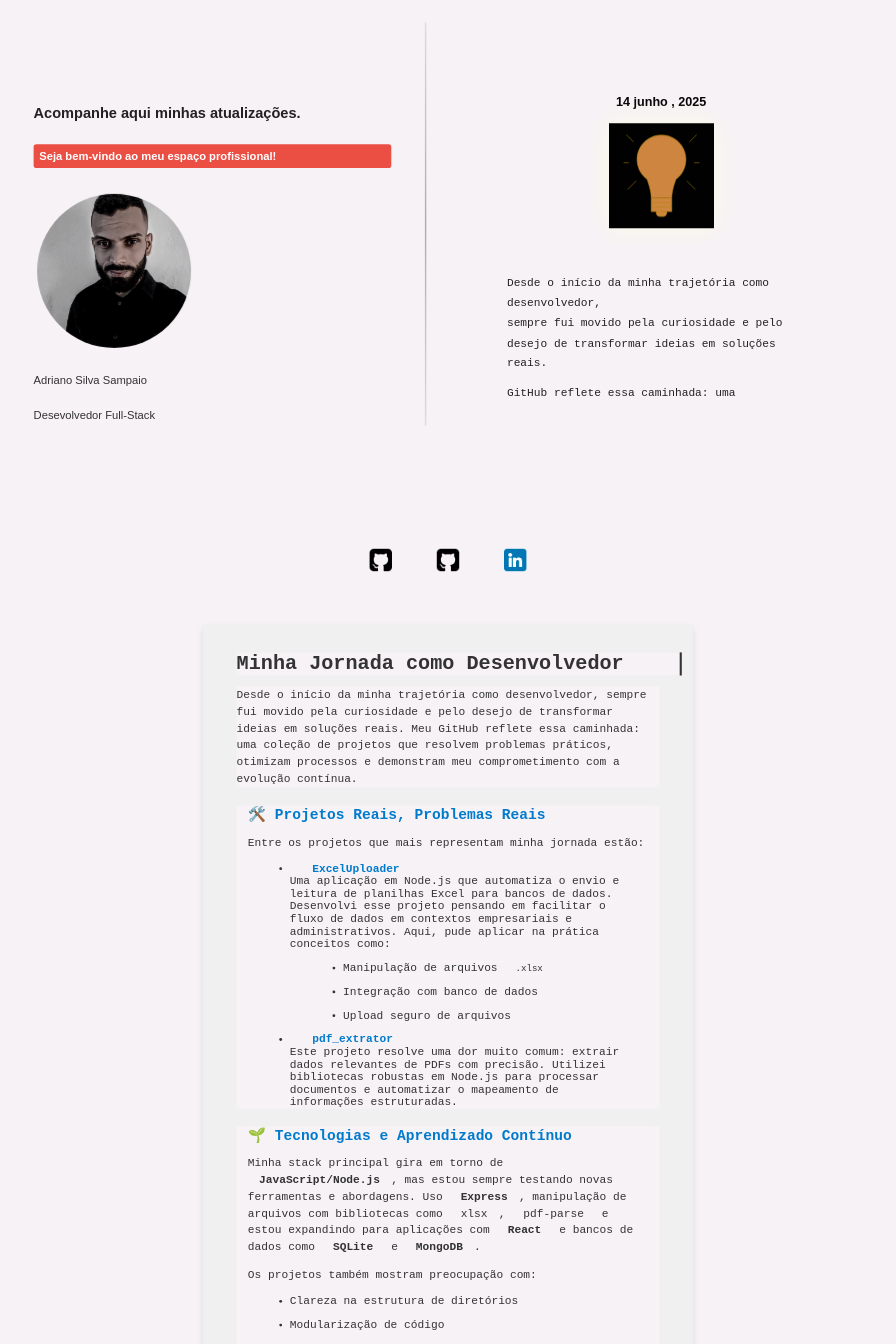
Repository: umdevadriano/portifolio2025
Page: /
The author's editor kept a copy of each file at every save. The page is drawn from the files as they stood at one save, then again after the next save.
The browser window is 1280 px wide. The pictures show the part of the page from y = 0 to 1920 px (the page is 2803 px tall), at 70% of full size.
The project was rebuilt for these pictures with package versions that can differ from the ones it lists, and the page was loaded fresh each time. Also part of the build but not shown: vite.config.ts.

Above is the page before, as saved 2025-06-22 21:16:50.

After the next save:
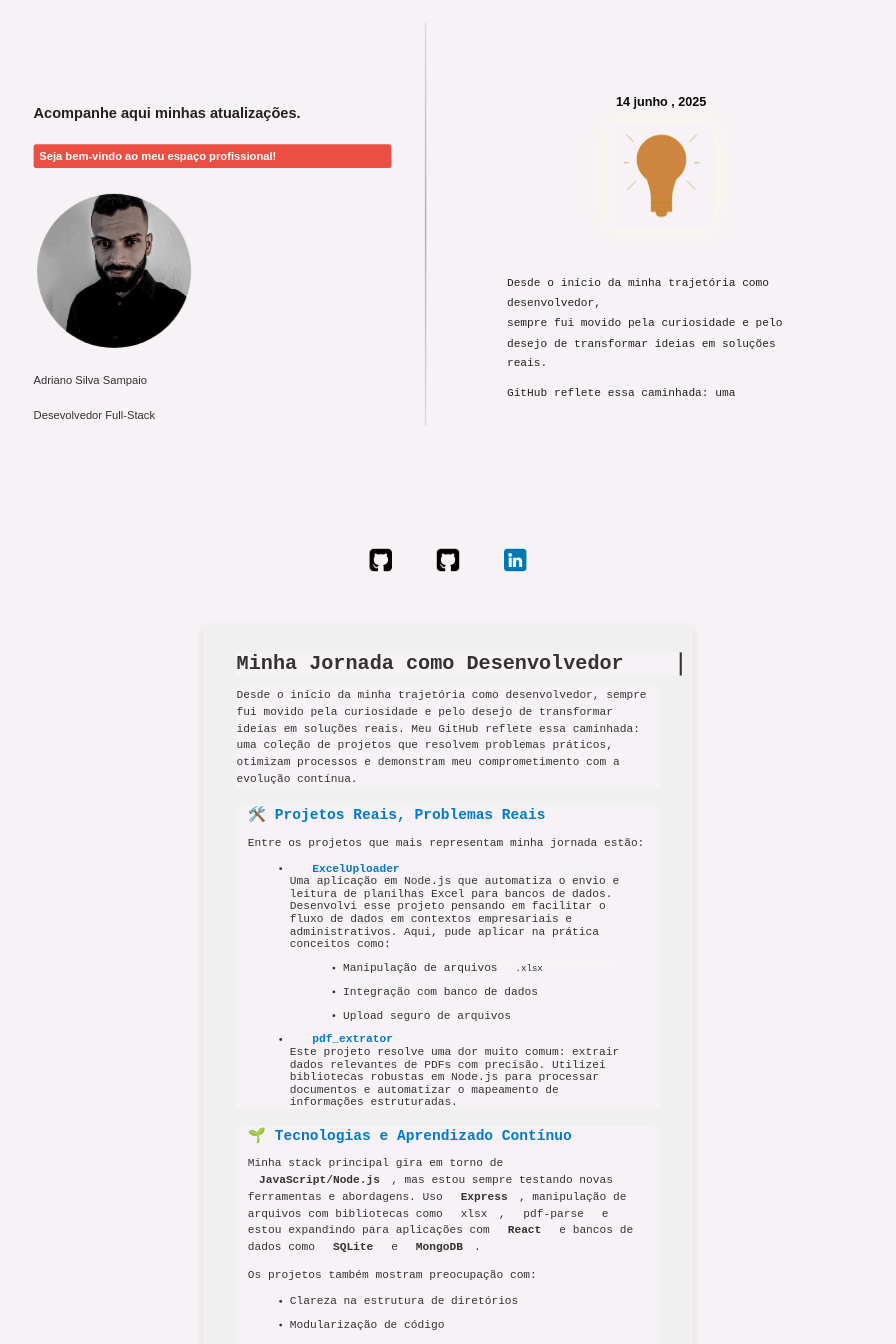
Saved 35 s later.
--- a/src/componentes/LampadaAnimada/LampadaAnimada.tsx
+++ b/src/componentes/LampadaAnimada/LampadaAnimada.tsx
@@ -23,7 +23,7 @@ const SvgLamp = styled.svg`
   display: block;
   margin: 0 auto;
   animation: ${glowAnimation} 4s ease-in-out infinite;
-  background-color: black;
+     background-color: #f7f2f6;
 
   .st0 {
     fill: #cd853f;
